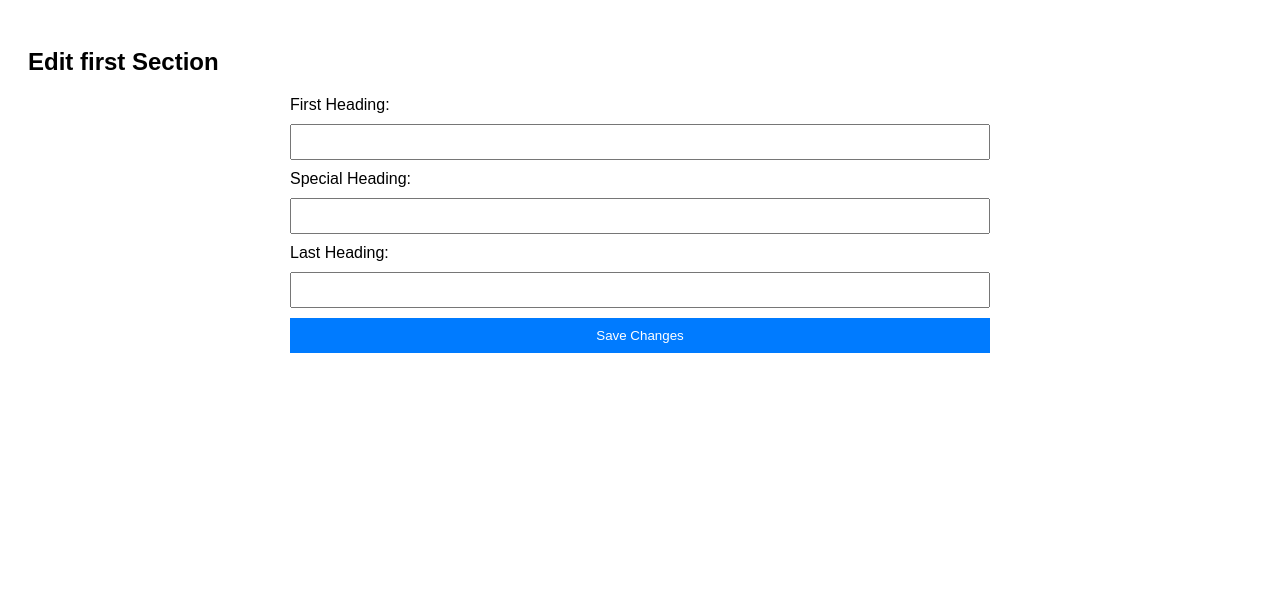
Repository: Tarek648/Spectrum
Page: http://localhost/admin/about/intro_header.php
An editor plug-in stored every save of this project. The page is shown before and after the next save, followed by the edit.
The browser window is 1280 px wide. The pictures show the whole page.
The page is run by PHP 8.4 with error messages shown; the project is at /var/www/html/. config.php is not in the repository; a stand-in opens the database connection. The session is filled in as if someone had signed in: {"admin_logged_in": true}. Queries for data that is not in the repository find no rows.

Above is the page before, as saved 2025-09-17 00:03:20.

After the next save:
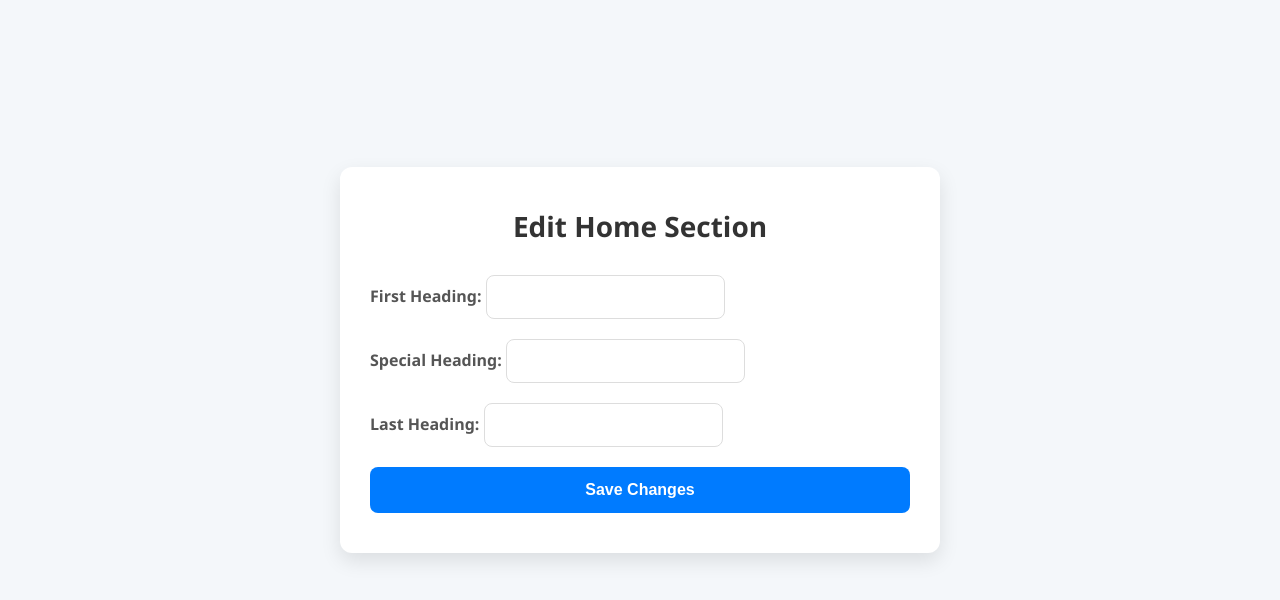
Saved 59 s later.
--- a/well-known (5)/spectrum/admin/about/intro_header.php
+++ b/well-known (5)/spectrum/admin/about/intro_header.php
@@ -1,6 +1,5 @@
 <?php
 session_start();
-
 
 include("../../config.php");
 if (!isset($_SESSION['admin_logged_in'])) {
@@ -8,15 +7,14 @@ if (!isset($_SESSION['admin_logged_in'])) {
     exit;
 }
 
-
 // Fetch current headings
 $home = $conn->query("SELECT * FROM home_section LIMIT 1")->fetch_assoc();
 
 // Handle form submission
 if ($_SERVER["REQUEST_METHOD"] === "POST") {
-    $first = $_POST['first_heading'];
-    $special = $_POST['special_heading'];
-    $last = $_POST['last_heading'];
+    $first = trim($_POST['first_heading']);
+    $special = trim($_POST['special_heading']);
+    $last = trim($_POST['last_heading']);
 
     if ($home) {
         $stmt = $conn->prepare("UPDATE home_section SET first_heading=?, special_heading=?, last_heading=? WHERE id=?");
@@ -37,35 +35,130 @@ if ($_SERVER["REQUEST_METHOD"] === "POST") {
 <html lang="en">
 <head>
 <meta charset="UTF-8">
-<title>Edit firstSection</title>
+<title>Edit Home Section</title>
 <style>
-    body { font-family: Arial; padding: 20px; }
-    form { max-width: 700px; margin: auto; display: flex; flex-direction: column; gap: 10px; }
-    input { padding: 8px; font-size: 14px; }
-    button { padding: 10px; background: #007bff; color: #fff; border: none; cursor: pointer; }
-    button:hover { background: #0056b3; }
+    /* Reset some default styles */
+    * {
+        box-sizing: border-box;
+        margin: 0;
+        padding: 0;
+    }
+
+    body {
+        font-family: 'Segoe UI', Tahoma, Geneva, Verdana, sans-serif;
+        background: #f4f7fa;
+        display: flex;
+        justify-content: center;
+        align-items: center;
+        min-height: 100vh;
+        padding: 20px;
+    }
+
+    .container {
+        background: #fff;
+        padding: 40px 30px;
+        border-radius: 12px;
+        box-shadow: 0 8px 20px rgba(0,0,0,0.1);
+        max-width: 600px;
+        width: 100%;
+        transition: transform 0.3s ease, box-shadow 0.3s ease;
+    }
+
+    .container:hover {
+        transform: translateY(-5px);
+        box-shadow: 0 12px 30px rgba(0,0,0,0.15);
+    }
+
+    h2 {
+        text-align: center;
+        color: #333;
+        margin-bottom: 30px;
+        font-size: 28px;
+    }
+
+    form {
+        display: flex;
+        flex-direction: column;
+        gap: 20px;
+    }
+
+    label {
+        font-weight: 600;
+        color: #555;
+    }
+
+    input {
+        padding: 12px 15px;
+        font-size: 16px;
+        border: 1.5px solid #ddd;
+        border-radius: 8px;
+        transition: border 0.3s ease, box-shadow 0.3s ease;
+    }
+
+    input:focus {
+        border-color: #007bff;
+        box-shadow: 0 0 5px rgba(0,123,255,0.3);
+        outline: none;
+    }
+
+    button {
+        padding: 14px;
+        font-size: 16px;
+        font-weight: 600;
+        background: #007bff;
+        color: #fff;
+        border: none;
+        border-radius: 8px;
+        cursor: pointer;
+        transition: background 0.3s ease, transform 0.2s ease;
+    }
+
+    button:hover {
+        background: #0056b3;
+        transform: translateY(-2px);
+    }
+
+    .success-message {
+        text-align: center;
+        background: #e6ffed;
+        color: #2b7a0b;
+        padding: 12px 15px;
+        border-radius: 8px;
+        margin-bottom: 20px;
+        border: 1px solid #a6f0a0;
+        font-weight: 600;
+        box-shadow: 0 2px 6px rgba(0,0,0,0.05);
+    }
 </style>
 </head>
 <body>
 
-<h2>Edit first Section</h2>
+<div class="container">
+    <h2>Edit Home Section</h2>
 
-<?php if(isset($_GET['success'])): ?>
-    <p style="color:green;">✅ Home section updated successfully!</p>
-<?php endif; ?>
+    <?php if(isset($_GET['success'])): ?>
+        <div class="success-message">✅ Home section updated successfully!</div>
+    <?php endif; ?>
 
-<form method="post">
-    <label>First Heading:</label>
-    <input type="text" name="first_heading" value="<?= htmlspecialchars($home['first_heading'] ?? '') ?>" required>
+    <form method="post">
+        <div>
+            <label>First Heading:</label>
+            <input type="text" name="first_heading" value="<?= htmlspecialchars($home['first_heading'] ?? '') ?>" required>
+        </div>
 
-    <label>Special Heading:</label>
-    <input type="text" name="special_heading" value="<?= htmlspecialchars($home['special_heading'] ?? '') ?>" required>
+        <div>
+            <label>Special Heading:</label>
+            <input type="text" name="special_heading" value="<?= htmlspecialchars($home['special_heading'] ?? '') ?>" required>
+        </div>
 
-    <label>Last Heading:</label>
-    <input type="text" name="last_heading" value="<?= htmlspecialchars($home['last_heading'] ?? '') ?>" required>
+        <div>
+            <label>Last Heading:</label>
+            <input type="text" name="last_heading" value="<?= htmlspecialchars($home['last_heading'] ?? '') ?>" required>
+        </div>
 
-    <button type="submit">Save Changes</button>
-</form>
+        <button type="submit">Save Changes</button>
+    </form>
+</div>
 
 </body>
 </html>
